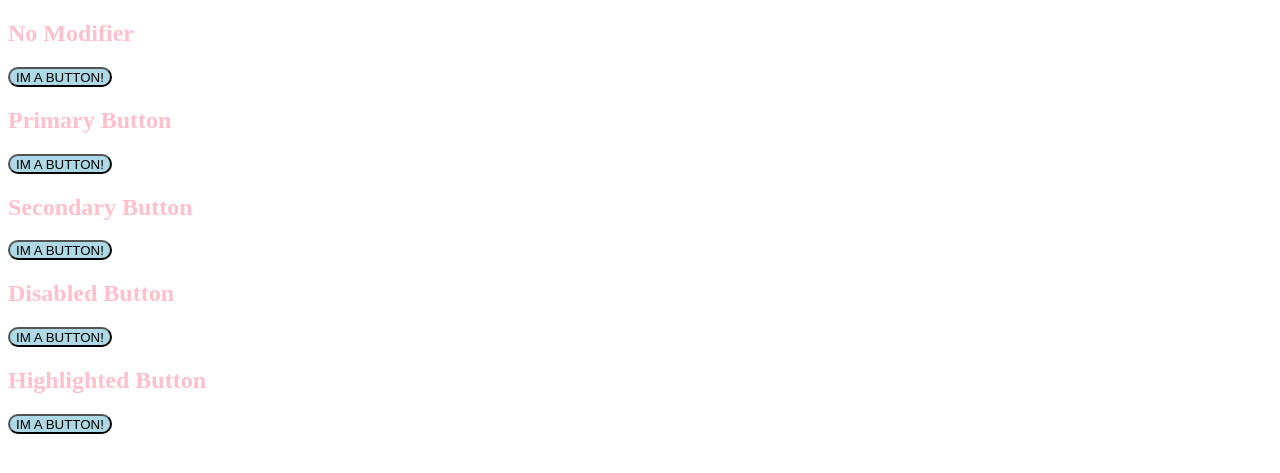
Repository: Jvien2/3126-repo
Page: index.html
An editor plug-in stored every save of this project. The page is shown before and after the next save, followed by the edit.
The browser window is 1280 px wide. The pictures show the whole page.

Above is the page before, as saved 2026-10-01 00:57:53.
Not found: code.js

After the next save:
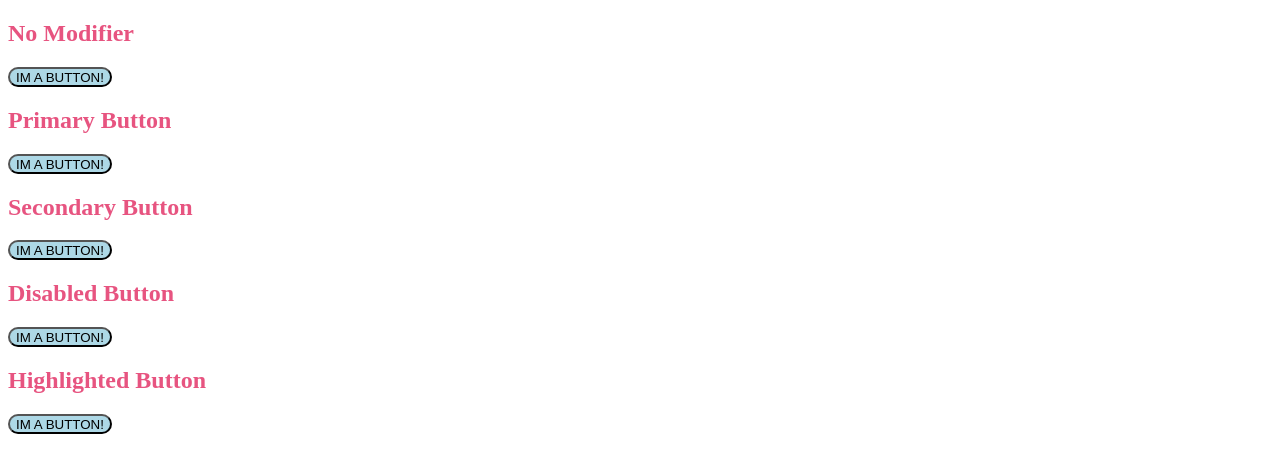
Saved 43 s later.
--- a/style.css
+++ b/style.css
@@ -1,7 +1,6 @@
 h2 {
-    color: pink
+    color: #e75480
 }
-
 
 .btn {
     width: fit-content;
